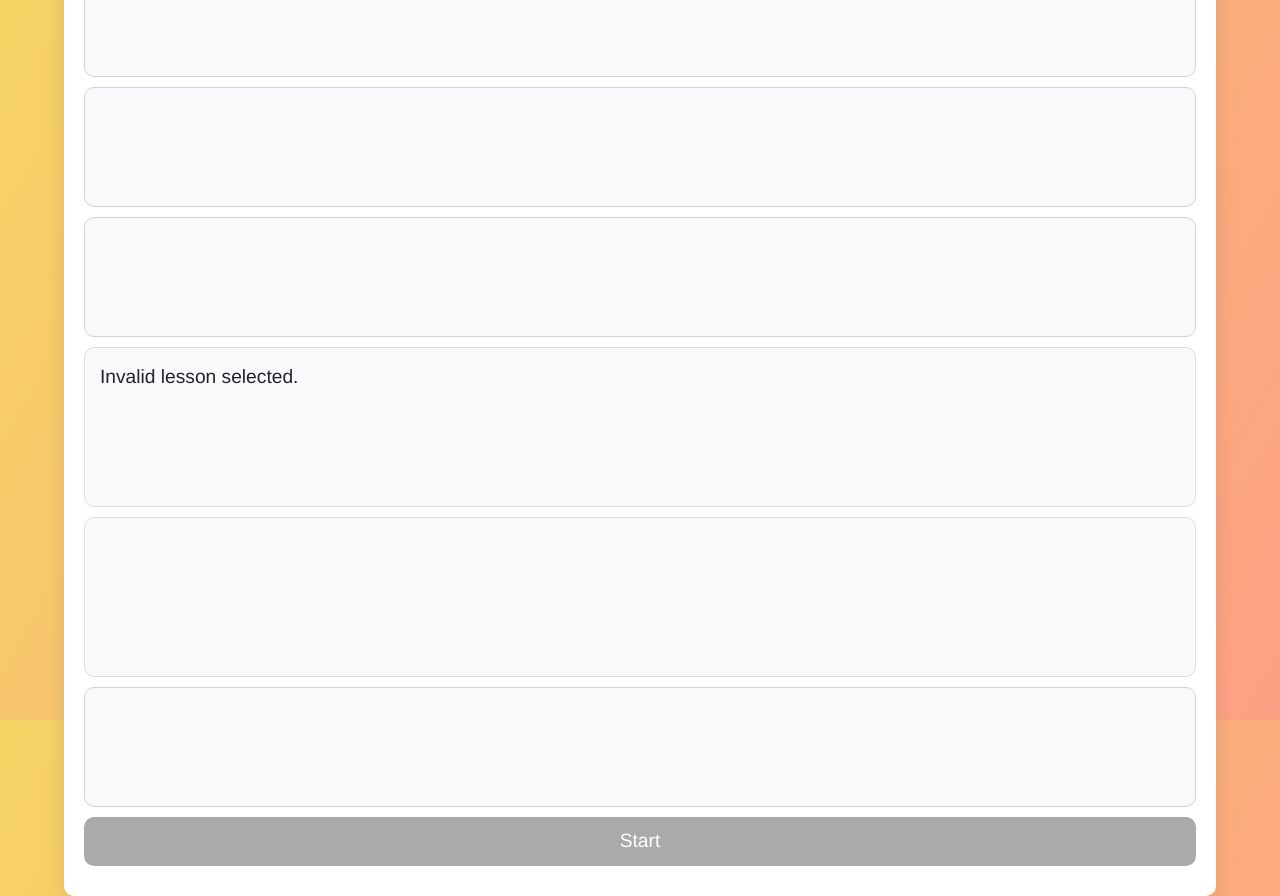
Repository: ssj27072002/Gujarati-typing-test
Page: typingGame/typingTest.html
The author's editor kept a copy of each file at every save. The page is drawn from the files as they stood at one save, then again after a run of saves.
The browser window is 1280 px wide. The pictures show the whole page.

Above is the page before, as saved 2024-06-25 18:56:16.

After the next 3 saves:
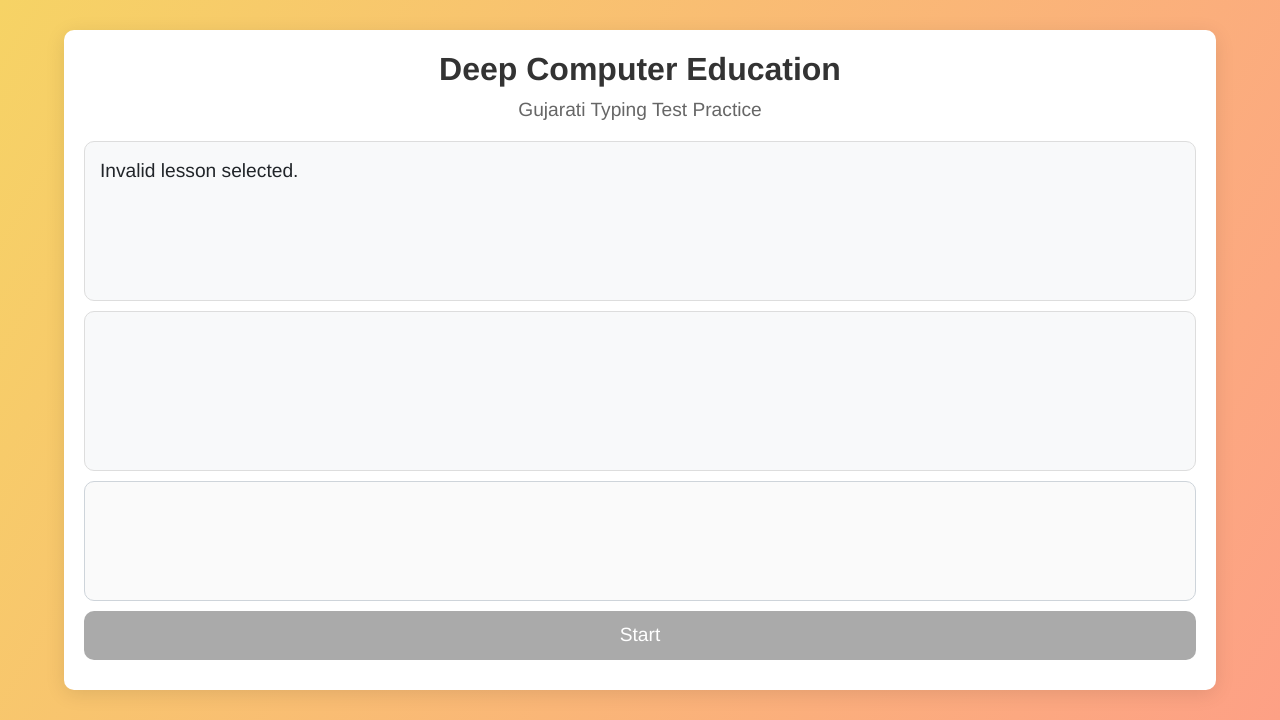
Console error: TypeError: Cannot read properties of null (reading 'addEventListener')
The 3 saves are shown as one change because they came seconds apart.
The last was saved 23 s later.
--- a/typingGame/typingTest.html
+++ b/typingGame/typingTest.html
@@ -14,16 +14,6 @@
             <h2>Gujarati Typing Test Practice</h2>
             <div class="timer" id="show-time"></div>
         </div>
-        <select id="themeSelector">
-            <option value="default">Default</option>
-            <option value="dark">Dark</option>
-            <option value="light">Light</option>
-        </select>
-
-        <textarea id="textarea1" class="styled-textarea"></textarea>
-        <textarea id="textarea2" class="styled-textarea"></textarea>
-        <textarea id="textarea3" class="styled-textarea"></textarea>
-
         <div id="showSentence" class="scrollable-paragraph"></div>
         <div id="coloredText" class="styled-textarea"></div>
         <textarea id="textarea" class="styled-textarea" disabled></textarea>
